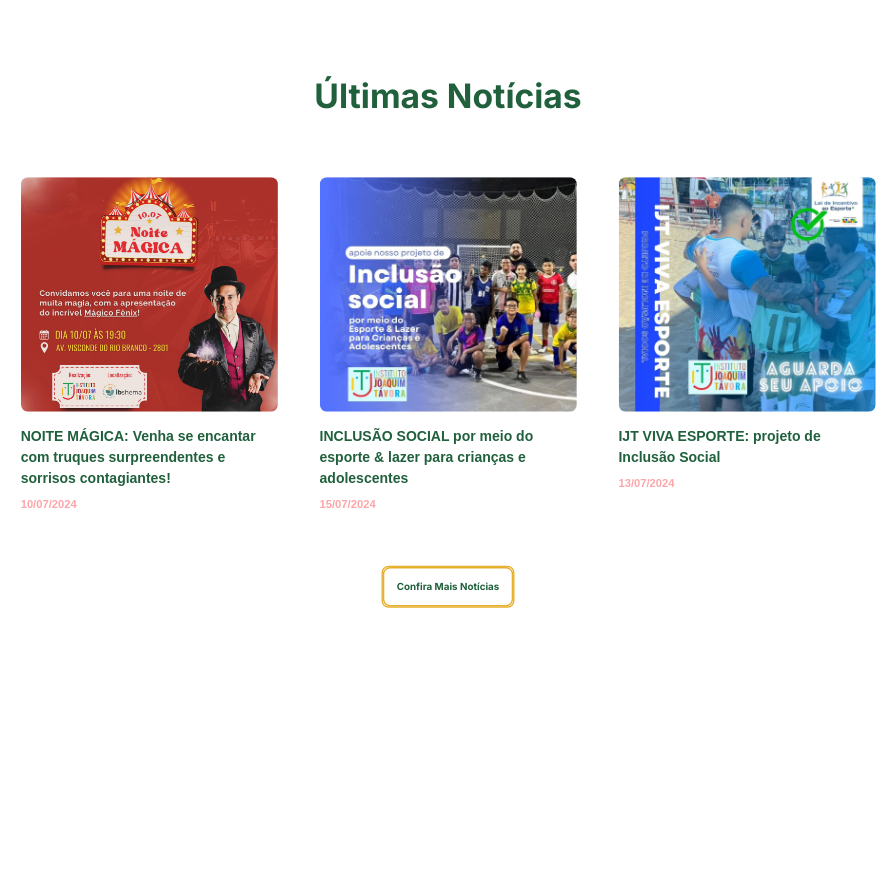
Repository: MarcelloMello90/itj2
Page: index.html
These files come from the project's save history. The page is drawn as it stood at one moment and after the next save; the edit follows.
The browser window is 1280 px wide. The pictures show the part of the page from y = 893 to 2813 px (the page is 2161 px tall before and 2961 px after), at 70% of full size.

Above is the page before, as saved 2024-07-22 04:20:05.

After the next save:
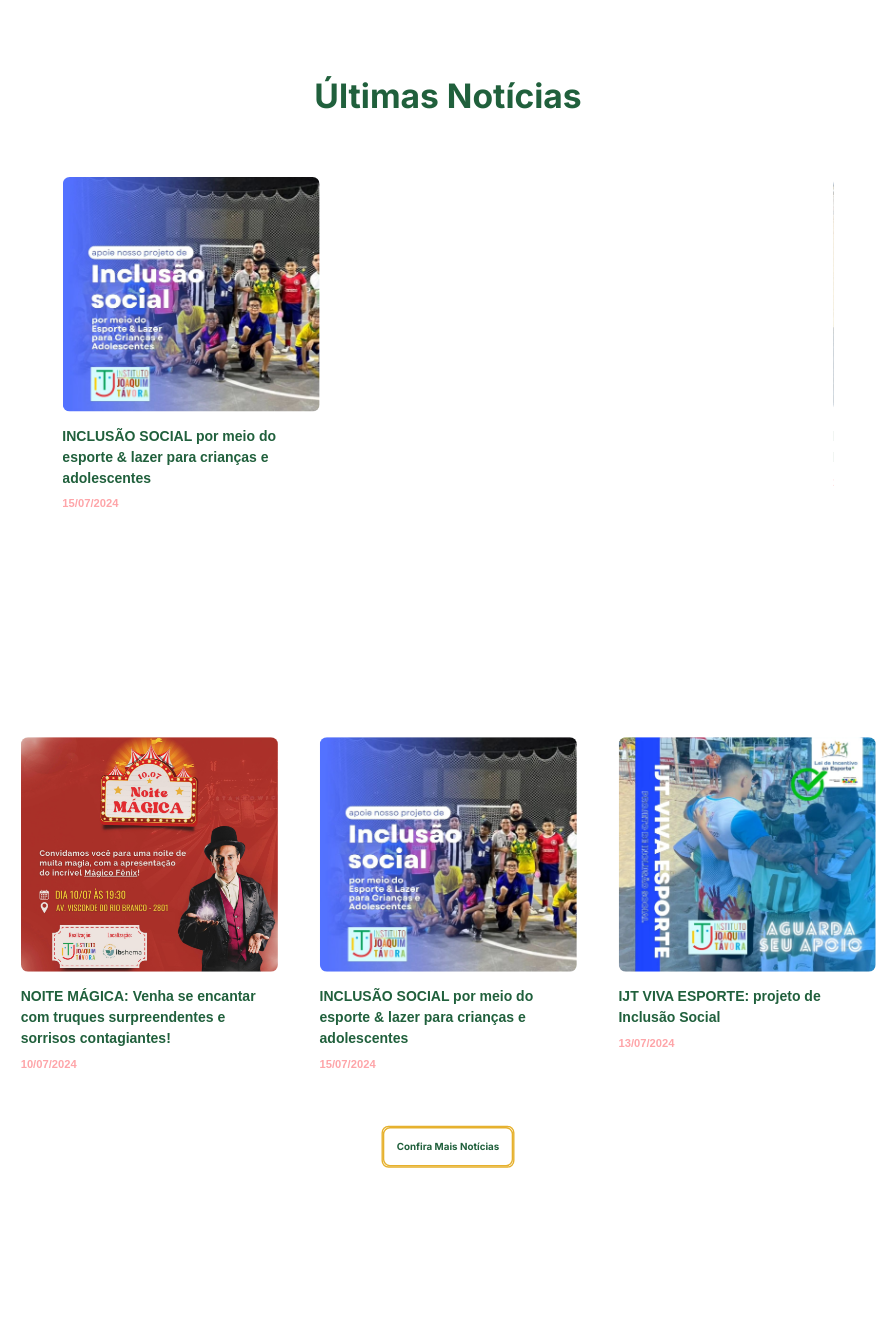
Saved 7 min 53 s later.
--- a/index.html
+++ b/index.html
@@ -60,23 +60,49 @@
           >
         </video>
 
-        <div id="items-wrapper-carousel">
-          <div id="items">
-            <div class="item"><img src="./assets/img_carousel/img1.jpg"/></div>
-            <div class="item"><img src="./assets/img_carousel/img2.jpg"/></div>
-            <!-- <div class="item"><img src="https://unsplash.it/1600/400?image=990"/></div>
-            <div class="item"><img src="https://unsplash.it/1600/400?image=980"/></div>
-            <div class="item"><img src="https://unsplash.it/1600/400?image=970"/></div>
-            <div class="item"><img src="https://unsplash.it/1600/400?image=976"/></div>
-            <div class="item"><img src="https://unsplash.it/1600/400?image=993"/></div>
-            <div class="item"><img src="https://unsplash.it/1600/400?image=969"/></div> -->
-          </div>
-        </div>
+
       </div>
 
       <main>
         <section id="section1">
           <h1>Últimas Notícias</h1>
+
+          <div id="items-wrapper-carousel-mobile">
+            <div id="items">
+              <div class="item">
+                <div class="item_img">
+                  <img src="./assets/img_carousel/img3.jpg" alt="">
+                </div>
+
+                <div class="item_text">
+                  <p>NOITE MÁGICA: Venha se encantar com truques surpreendentes e sorrisos contagiantes! </p>
+                  <span>10/07/2024</span>
+                </div>
+              </div>
+
+              <div class="item">
+                <div class="item_img">
+                  <img src="./assets/img_carousel/img1.jpg" alt="">
+                </div>
+
+                <div class="item_text">
+                  <p>INCLUSÃO SOCIAL por meio do esporte & lazer para crianças e adolescentes</p>
+                  <span>15/07/2024</span>
+                </div>
+              </div>
+
+              <div class="item">
+                <div class="item_img">
+                  <img src="./assets/img_carousel/img2.jpg" alt="">
+                </div>
+
+                <div class="item_text">
+                  <p><strong>IJT VIVA ESPORTE:</strong> projeto de Inclusão Social</p>
+                  <span>13/07/2024</span>
+                </div>
+              </div>
+            </div>
+          </div>
 
           <div class="wrapper_section1">
             <div class="wrapper_items">
